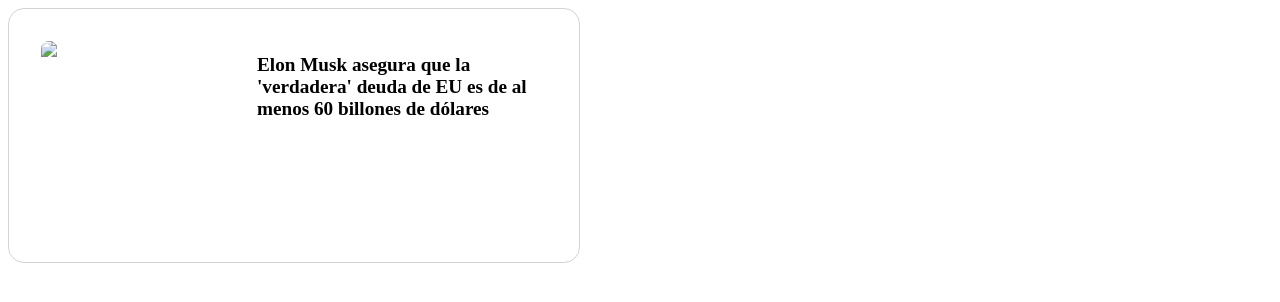
Repository: giovanabirck/lab-01-news
Page: /
The author's editor kept a copy of each file at every save. The page is drawn from the files as they stood at one save, then again after the next save.
The browser window is 1280 px wide. The pictures show the whole page.
The project was rebuilt for these pictures with package versions that can differ from the ones it lists, and the page was loaded fresh each time. The framework's server and built-in components were replaced by stand-ins that run in the browser. Also part of the build but not shown: next.config.js, styles/globals.css.

Above is the page before, as saved 2023-09-17 21:05:07.

### pages/index.js
import Head from 'next/head'
import Image from 'next/image'
import styles from '@/styles/Home.module.css'

const news = [{
  "title": "Elon Musk asegura que la 'verdadera' deuda de EU es de al menos 60 billones de dólares",
  "link": "https://www.milenio.com/negocios/elon-musk-deuda-eu-60-billones-dolares",
  "keywords": null,
  "creator": [
    "Milenio Digital"
  ],
  "video_url": null,
  "description": "El director ejecutivo de Tesla y SpaceX, Elon Musk, estimó que la deuda de Estados Unidos en tres veces mayor a su economía. ?La verdadera deuda nacional, incluidos los derechos no financiados, es de al menos 60 billones de dólares, aproximadamente tres veces el tamaño de toda la economía de los Estados Unidos. Algo tiene que ceder.?, señaló el multimillonario a través de su cuenta de Twitter.True national debt, including unfunded entitlements, is at least $60 trillion ? roughly three times the size of the entire US economy. Something has got to give.? Elon Musk (@elonmusk) February 11, 2022 Esto como parte de los comentarios en respuesta a una publicación del medio satírico The Babylon Bee, en donde señaló que supuestamente el presidente estadunidense, Joe Biden, planeaba pagar la deuda pública apostando ?doble o nada? en el equipo de futbol de los Cincinnati Bengals en el Super Bowl. Según el Departamento del Tesoro de Estados Unidos el total de la deuda de dicho país ya supera los 30 billones de dólares, dio a conocer el martes pasado.El endeudamiento del gobierno se aceleró durante la pandemia de covid-19, como parte del gasto del gobierno estadunidense para amortiguar el golpe económico de la crisis. La deuda pública se ha disparado en alrededor 7 billones desde finales de 2019.m{1861862}RM?",
  "content": null,
  "pubDate": "2022-02-14 05:05:43",
  "full_description": null,
  "image_url": "http://www.milenio.com/uploads/media/2022/02/13/elon-musk-estimo-deuda-unidos.jpeg",
  "source_id": "milenio",
  "country": [
    "mexico"
  ],
  "category": [
    "top"
  ],
  "language": "spanish"
}]

function News(props) {
  return (
    <>
       <div className={styles.card_news}>
          <div className={styles.card_img_title}>
            <Image
              src={props.image_url}
              width={200}
              height={125}
              alt="alt"
              className={styles.card_img}
            />
            <div className={styles.card_img_creator}>
              <h1 className={styles.h1}>{props.title}</h1>
              <p>{props.creator}</p>
            </div>
          </div>
          <p>{props.description}</p>
          <p>{props.link}</p>
        </div>
    </>
  )
}

export default function NewsList() {
  return (
    <>
      <Head>
        <title>Lab 01</title>
        <link rel="icon" href="/favicon.ico" />
      </Head>

      <main>
        <News
          title={news[0].title}
          title={news[0].title}
        />
      </main>
    </>
  )
}

### styles/Home.module.css
.card_news {
    width: 40%;
    height: 10%;
    display: flex;
    flex-direction: column;
    padding: 2em;
    border: solid 1px;
    border-color: lightgray;
    border-radius: 16px;
}

.card_img_title {
    display: flex;
    flex-direction: row;
    column-gap: 1em;
}

.card_img {
    border-radius: 8px;
}

.card_img_creator {
    display: flex;
    flex-direction: column;
}

.h1 {
    font-size: 1.2em;
}

Loaded but not shown: pages/_app.js (common file); pages/_document.js (common file)

After the next save:
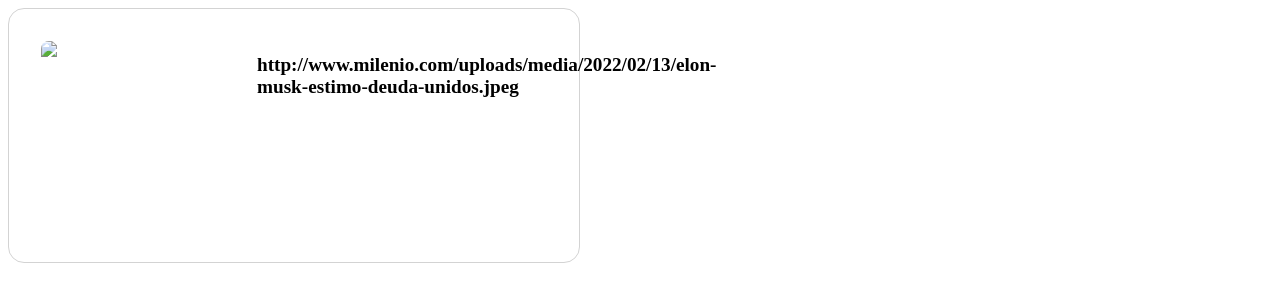
Saved 16 s later.
--- a/pages/index.js
+++ b/pages/index.js
@@ -60,7 +60,7 @@
       <main>
         <News
           title={news[0].title}
-          title={news[0].title}
+          title={news[0].image_url}
         />
       </main>
     </>
